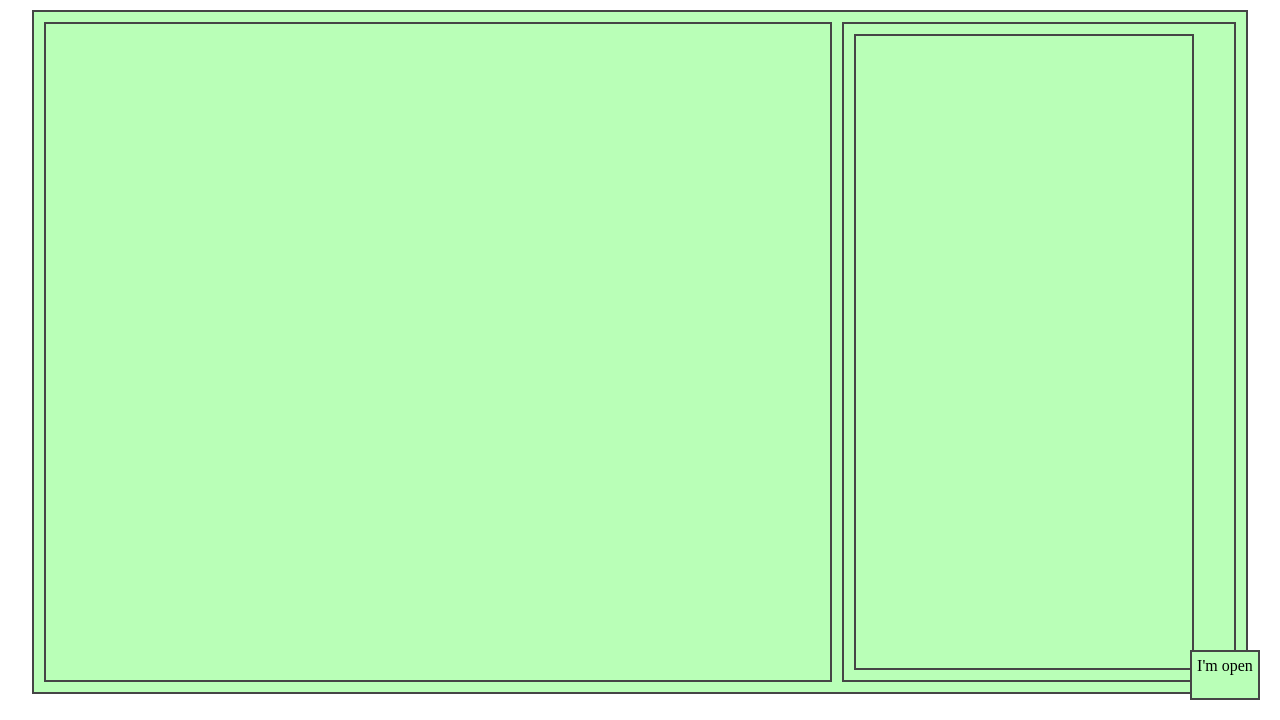
Repository: tannerbroberts/tannerbroberts.github.io
Page: /
An editor plug-in stored every save of this project. The page is shown before and after the next save, followed by the edit.
The browser window is 1280 px wide. The pictures show the whole page.
The project was rebuilt for these pictures with package versions that can differ from the ones it lists, and the page was loaded fresh each time. Also part of the build but not shown: vite.config.ts.

Above is the page before, as saved 2022-10-04 10:00:00.

After the next save:
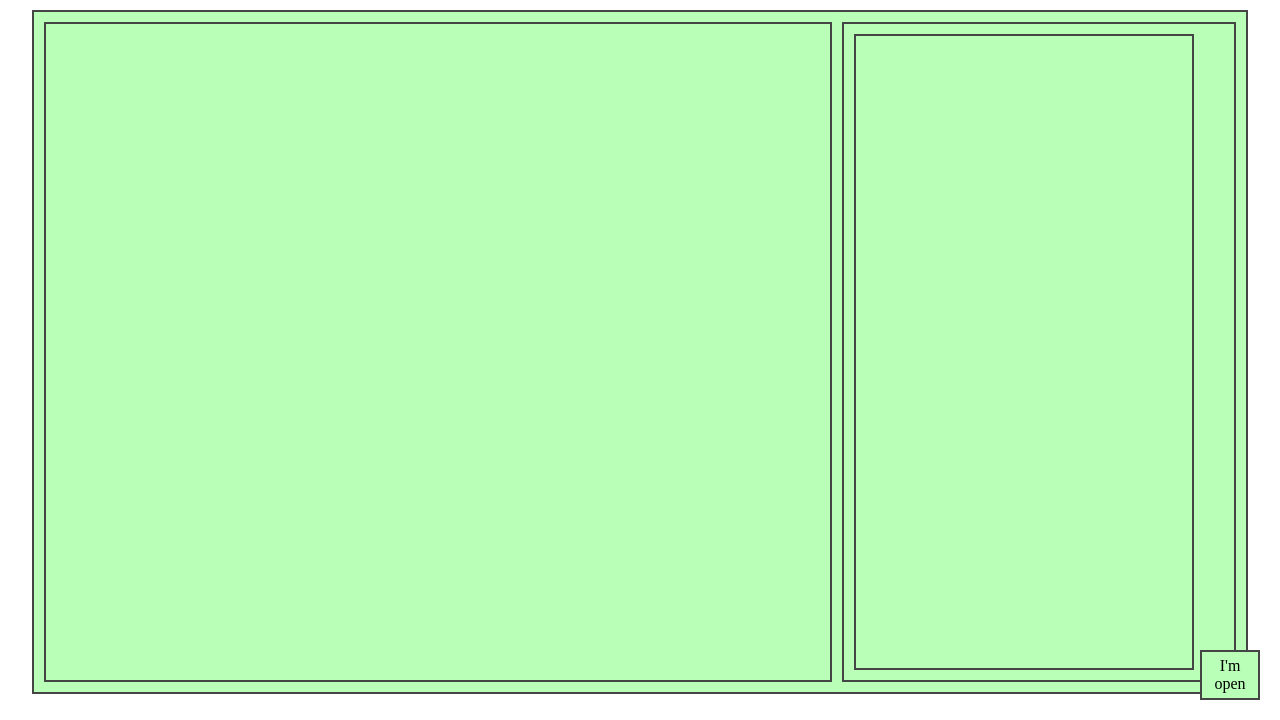
Saved 9 s later.
--- a/src/components/Shelf/ShelfToggle/ShelfToggle.js
+++ b/src/components/Shelf/ShelfToggle/ShelfToggle.js
@@ -14,7 +14,7 @@ export default function ShelfToggle() {
 		bottom: "20px",
 		right: "20px",
 		height: "50px",
-		width: "70px",
+		width: "60px",
 		padding: "5px",
 		textAlign: "center",
 	}
